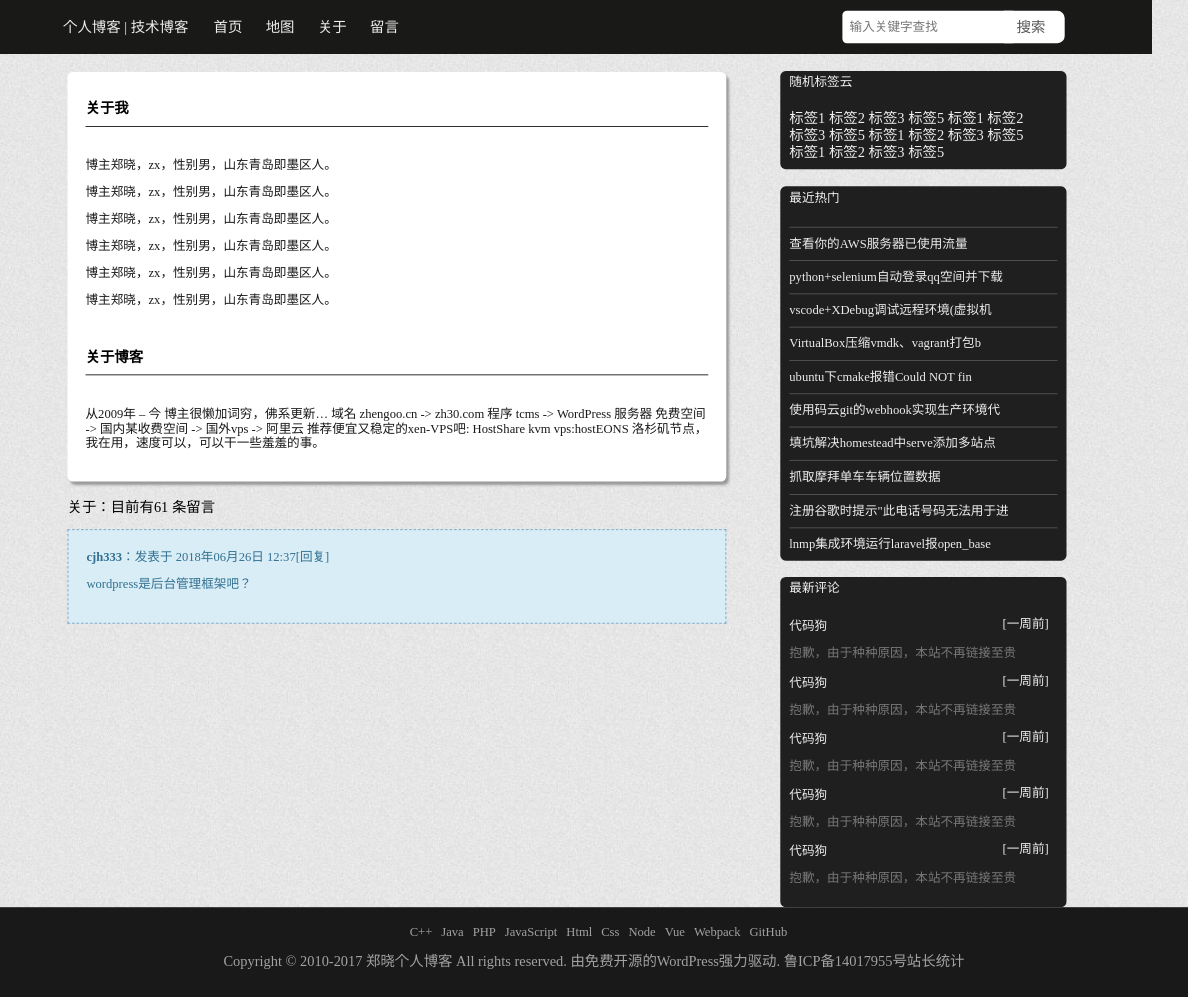
Repository: li1214/my_blog
Page: page/about.html
An editor plug-in stored every save of this project. The page is shown before and after the next save, followed by the edit.
The browser window is 1280 px wide. The page is 1320 px wide, so the pictures cover 1320 px, including what lies to the right of the window. The pictures show the whole page, at 90% of full size.

Above is the page before, as saved 2019-01-04 14:31:15.

### page/about.html
<!DOCTYPE html>
<html lang="en">

<head>
    <meta charset="UTF-8" />
    <meta name="viewport" content="width=device-width, initial-scale=1.0" />
    <meta http-equiv="X-UA-Compatible" content="ie=edge" />
    <title>个人博客</title>
    <link href="./css/base.css" rel="stylesheet" type="text/css" />
    <link href="./css/about.css" rel="stylesheet" type="text/css" />
</head>

<body>
    <header>
        <div class="container">
            <a>个人博客 | 技术博客</a>
            <ul>
                <li><a href="">首页</a></li>
                <li><a href="">地图</a></li>
                <li><a href="">关于</a></li>
                <li><a href="">留言</a></li>
            </ul>
            <div class="search">
                <input type="text" placeholder="输入关键字查找" />
                <button>搜索</button>
            </div>
        </div>
    </header>
    <div class="content">
        <div class="content-left">
            <div class='about'>
                <div class='about-me'>
                    <h4>关于我</h4>
                    <p>博主郑晓，zx，性别男，山东青岛即墨区人。</p>
                    <p>博主郑晓，zx，性别男，山东青岛即墨区人。</p>
                    <p>博主郑晓，zx，性别男，山东青岛即墨区人。</p>
                    <p>博主郑晓，zx，性别男，山东青岛即墨区人。</p>
                    <p>博主郑晓，zx，性别男，山东青岛即墨区人。</p>
                    <p>博主郑晓，zx，性别男，山东青岛即墨区人。</p>
                </div>
                <div class='about-blog'>
                    <h4>关于博客</h4>
                    <p>从2009年 – 今
                    博主很懒加词穷，佛系更新…
                    域名 zhengoo.cn -> zh30.com
                    程序 tcms -> WordPress
                    服务器 免费空间 -> 国内某收费空间 -> 国外vps -> 阿里云

                    推荐便宜又稳定的xen-VPS吧: HostShare
                    kvm vps:hostEONS 洛杉矶节点，我在用，速度可以，可以干一些羞羞的事。</p>
                </div>
            </div>
            <div class='liuyan'>
                <span>关于：目前有61 条留言</span>
                <div class='liuyan-item'>
                    <span><b>cjh333</b>：发表于 2018年06月26日 12:37[回复]</span>
                    <p>wordpress是后台管理框架吧？</p>
                </div>
            </div>
            <div class='subly'>
                <form action="">

                </form>
            </div>
        </div>
        <div class="content-right">
            <div class="right-box">
                <h4>随机标签云</h4>
                <div class="contents">
                    <a>标签1</a> <a>标签2</a> <a>标签3</a> <a>标签5</a> <a>标签1</a>
                    <a>标签2</a> <a>标签3</a> <a>标签5</a> <a>标签1</a> <a>标签2</a>
                    <a>标签3</a> <a>标签5</a> <a>标签1</a> <a>标签2</a> <a>标签3</a>
                    <a>标签5</a>
                </div>
            </div>
            <div class="right-box" style="padding-bottom: 0;">
                <h4>最近热门</h4>
                <div class="contents">
                    <ul class="list-group">
                        <li class="list-group-item">
                            <a href="https://www.zh30.com/aws-ec2-cloudwatch.html">查看你的AWS服务器已使用流量</a>
                        </li>
                        <li class="list-group-item">
                            <a href="https://www.zh30.com/python-selenium-qqzone-album.html">python+selenium自动登录qq空间并下载</a>
                        </li>
                        <li class="list-group-item">
                            <a href="https://www.zh30.com/vscode-xdebug-remote-vagrant-php.html">vscode+XDebug调试远程环境(虚拟机</a>
                        </li>
                        <li class="list-group-item">
                            <a href="https://www.zh30.com/virtualbox-vmdk-vagrant-box.html">VirtualBox压缩vmdk、vagrant打包b</a>
                        </li>
                        <li class="list-group-item">
                            <a href="https://www.zh30.com/ubuntu-cmake-could-not-find-boost.html">ubuntu下cmake报错Could
                                NOT fin</a>
                        </li>
                        <li class="list-group-item">
                            <a href="https://www.zh30.com/webhook-git-pull.html">使用码云git的webhook实现生产环境代</a>
                        </li>
                        <li class="list-group-item">
                            <a href="https://www.zh30.com/homestead-serve-add-sites.html">填坑解决homestead中serve添加多站点</a>
                        </li>
                        <li class="list-group-item">
                            <a href="https://www.zh30.com/crawl-mobike-location.html">抓取摩拜单车车辆位置数据</a>
                        </li>
                        <li class="list-group-item">
                            <a href="https://www.zh30.com/google-register-phone-verification.html">注册谷歌时提示"此电话号码无法用于进</a>
                        </li>
                        <li class="list-group-item">
                            <a href="https://www.zh30.com/lnmp-laravel-open_basedir.html">lnmp集成环境运行laravel报open_base</a>
                        </li>
                    </ul>
                </div>
            </div>
            <div class="right-box">
                <h4>最新评论</h4>
                <div class="contents">
                    <div class='item'>
                        <div class='item-title'>
                            <span>代码狗</span>
                            <span class='spanr'>[一周前]</span>
                        </div>
                        <p class='item-comtebt'>
                            抱歉，由于种种原因，本站不再链接至贵
                        </p>
                    </div>
                    <div class='item'>
                        <div class='item-title'>
                            <span>代码狗</span>
                            <span class='spanr'>[一周前]</span>
                        </div>
                        <p class='item-comtebt'>
                            抱歉，由于种种原因，本站不再链接至贵
                        </p>
                    </div>
                    <div class='item'>
                        <div class='item-title'>
                            <span>代码狗</span>
                            <span class='spanr'>[一周前]</span>
                        </div>
                        <p class='item-comtebt'>
                            抱歉，由于种种原因，本站不再链接至贵
                        </p>
                    </div>
                    <div class='item'>
                        <div class='item-title'>
                            <span>代码狗</span>
                            <span class='spanr'>[一周前]</span>
                        </div>
                        <p class='item-comtebt'>
                            抱歉，由于种种原因，本站不再链接至贵
                        </p>
                    </div>
                    <div class='item'>
                        <div class='item-title'>
                            <span>代码狗</span>
                            <span class='spanr'>[一周前]</span>
                        </div>
                        <p class='item-comtebt'>
                            抱歉，由于种种原因，本站不再链接至贵
                        </p>
                    </div>
                </div>
            </div>
        </div>
    </div>
    <footer>
        <ul>
            <li>C++</li>
            <li>Java</li>
            <li>PHP</li>
            <li>JavaScript</li>
            <li>Html</li>
            <li>Css</li>
            <li>Node</li>
            <li>Vue</li>
            <li>Webpack</li>
            <li>GitHub</li>
        </ul>
        <p>Copyright © 2010-2017 郑晓个人博客 All rights reserved. 由免费开源的WordPress强力驱动. 鲁ICP备14017955号站长统计</p>
    </footer>
</body>

</html>

### page/css/base.css
html {line-height: 1.15; /* 1 */-webkit-text-size-adjust: 100%; /* 2 */}
body {margin: 0;}
@font-face{
    font-family: 'myicon';
    src: url('../font/glyphicons-halflings-regular.woff2')
}
ul{padding: 0}
main {
  display: block;
}
h1 {
  font-size: 2em;
  margin: 0.67em 0;
}
hr {
  box-sizing: content-box; /* 1 */
  height: 0; /* 1 */
  overflow: visible; /* 2 */
}
pre {
  font-family: monospace, monospace; /* 1 */
  font-size: 1em; /* 2 */
}
a {
  background-color: transparent;
}
abbr[title] {
  border-bottom: none; /* 1 */
  text-decoration: underline; /* 2 */
  text-decoration: underline dotted; /* 2 */
}
b,
strong {
  font-weight: bolder;
}
code,
kbd,
samp {
  font-family: monospace, monospace; /* 1 */
  font-size: 1em; /* 2 */
}
small {
  font-size: 80%;
}
sub,
sup {
  font-size: 75%;
  line-height: 0;
  position: relative;
  vertical-align: baseline;
}
sub {
  bottom: -0.25em;
}
sup {
  top: -0.5em;
}
img {
  border-style: none;
}
button,
input,
optgroup,
select,
textarea {
  font-family: inherit; /* 1 */
  font-size: 100%; /* 1 */
  line-height: 1.15; /* 1 */
  margin: 0; /* 2 */
}
button,
input { /* 1 */
  overflow: visible;
}
button,
select { /* 1 */
  text-transform: none;
}
button,
[type="button"],
[type="reset"],
[type="submit"] {
  -webkit-appearance: button;
}
button::-moz-focus-inner,
[type="button"]::-moz-focus-inner,
[type="reset"]::-moz-focus-inner,
[type="submit"]::-moz-focus-inner {
  border-style: none;
  padding: 0;
}
button:-moz-focusring,
[type="button"]:-moz-focusring,
[type="reset"]:-moz-focusring,
[type="submit"]:-moz-focusring {
  outline: 1px dotted ButtonText;
}
fieldset {
  padding: 0.35em 0.75em 0.625em;
}
legend {
  box-sizing: border-box; /* 1 */
  color: inherit; /* 2 */
  display: table; /* 1 */
  max-width: 100%; /* 1 */
  padding: 0; /* 3 */
  white-space: normal; /* 1 */
}
progress {
  vertical-align: baseline;
}
textarea {
  overflow: auto;
}

[type="checkbox"],
[type="radio"] {
  box-sizing: border-box; /* 1 */
  padding: 0; /* 2 */
}
[type="number"]::-webkit-inner-spin-button,
[type="number"]::-webkit-outer-spin-button {
  height: auto;
}

[type="search"] {
  -webkit-appearance: textfield; /* 1 */
  outline-offset: -2px; /* 2 */
}

[type="search"]::-webkit-search-decoration {
  -webkit-appearance: none;
}
::-webkit-file-upload-button {
  -webkit-appearance: button; /* 1 */
  font: inherit; /* 2 */
}
details {
  display: block;
}
summary {
  display: list-item;
}
template {
  display: none;
}
[hidden] {
  display: none;
}
a{text-decoration: none;}
/* ========================================================== css reset ========================================================== */

body {
    width: 100%;
    height: 100%;
    background-image: url(../image/bg.jpg);
    background-repeat: repeat;
    overflow-x: hidden;
}

header{
    width: 100%;
    height: 60px;
    background-color: #191918;
}
header .container {
    width:1170px;
    height: 100%;
    margin: 0 auto;
}
header .container>a{
    display: block;
    float: left;
    color: #eee;
    line-height: 60px;
    margin: 0 15px;
    font-size: 16px;
}
header .container>ul{
    float: left;
    margin: 0;
    padding: 0;
}
header .container>ul>li{
    display: inline-block;
    float: left;
}
header .container>ul>li a{
    color: #eee;
    display: inline-block;
    height: 60px;
    width: 58px;
    line-height: 60px;
    text-align: center;
}
header .container .search{
    float: right;
    height: 100%;
    position: relative;
    right: 117px;
}
header .container .search>input{
    display: inline-block;
    position: absolute;
    height: 26px;
    padding: 5px 8px;
    border-radius: 5px;
    border:none;
    outline: none;
    font-size: 14px;
    margin-top: 12px;
    left: -172px;
}
header .container .search > button{
    outline: none;
    display: inline-block;
    position: absolute;
    width: 75px;
    height: 36px;
    padding: 5px 10px;
    border-radius: 8px;
    margin-top: 12px;
    cursor: pointer;
    color: #555;
    background-color: white;
    border: none;
}
/* ============================================================== header end ===================================================================== */
.content {
    width: 1170px;
    margin: 0 auto;
    position: relative;
    overflow: hidden;
}
.content .content-left{
    float: left;
    width: 66%;
    box-sizing: border-box;
    padding: 0 20px;
}
.content .content-right{
    float: right;
    width: 34%;
    box-sizing: border-box;
}
.right-box{
    background-color: #1f1f1f;
    margin-top: 20px;
    width: 80%;
    margin: 0 auto;
    box-sizing: border-box;
    border-radius: 6px;
    padding-bottom: 10px;
}
.right-box>h4 {
    color: #f4f4f4;
    font-weight: normal;
    padding: 5px 10px;
    font-size: 14px;
}
.right-box .contents{
    color: #eee;
    padding: 0 10px 0px 10px;
}
/* .right-box .contents a::after{
    display: block;
    content: '';
    overflow: hidden;
    clear: both;
    position: absolute;
} */
.right-box .contents>a{
    display: inline-block;
}
.right-box .contents li{
    width: 100%;
    list-style: none;
    white-space:nowrap;
    overflow: hidden;
   text-overflow: ellipsis;
    border-top:1px solid #555;
}
.right-box .contents li a{
    font-size: 14px;
    display: inline-block;
    color: #eee;
    padding: 10px 0;
}
.right-box .item .item-title{position: relative;}
.right-box .item .item-title span{display: inline-block;font-size: 14px;font-weight: normal;}
.right-box .item .item-title span.spanr{
    position: absolute;
    right: 10px;
}
.right-box .item > p{color: #777;font-size: 14px;}


/* =====================================================================  footer start ================================================================= */

footer{
    width: 100%;
    height: 60px;
    background: #191919;
    text-align: center;
    padding: 20px;
}
footer ul{
    display: inline-block;
    margin:  0 auto;
    text-align: center;
}
footer ul li{
    display: inline-block;
    color: #a2a2a2;
    float: left;
    font-size: 14px;
    margin-left: 10px;
    cursor: pointer;
    text-align: center;
}
footer p {
    margin-top: 10px;
    color: #a2a2a2;
}

### page/css/about.css

.about{
    width: 100%;
    background-color: #fff;
    border-radius: 6px;
    padding: 0 20px 20px 20px;
    margin-top: 20px;
    box-shadow: 3px 4px 3px #999;
    box-sizing: border-box;
}
.about-me > h4,.about-blog > h4{
    display: inline-block;
    padding: 10px 0;
    width: 100%;
    border-bottom: 1px solid #191919;
}
.about-me p,.about-blog > p{
    color: #191919;
    font-size: 14px;
}
.liuyan{
    width: 100%;
    margin-top: 20px;
}
.liuyan-item{
    width: 100%;
    border:1px #7ca4c1 dashed;
    background-color: #d9edf7;
    margin-top: 15px;
    padding: 20px;
    box-sizing: border-box;
}
.liuyan-item span,.liuyan-item p{
    font-size: 14px;
    color: #31708f;
}
.subly{
    width: 100%;
    margin-top: 20px;
    background-color: #f4f4f4;
    box-shadow: 3px 4px 3px #666;
}

After the next save:
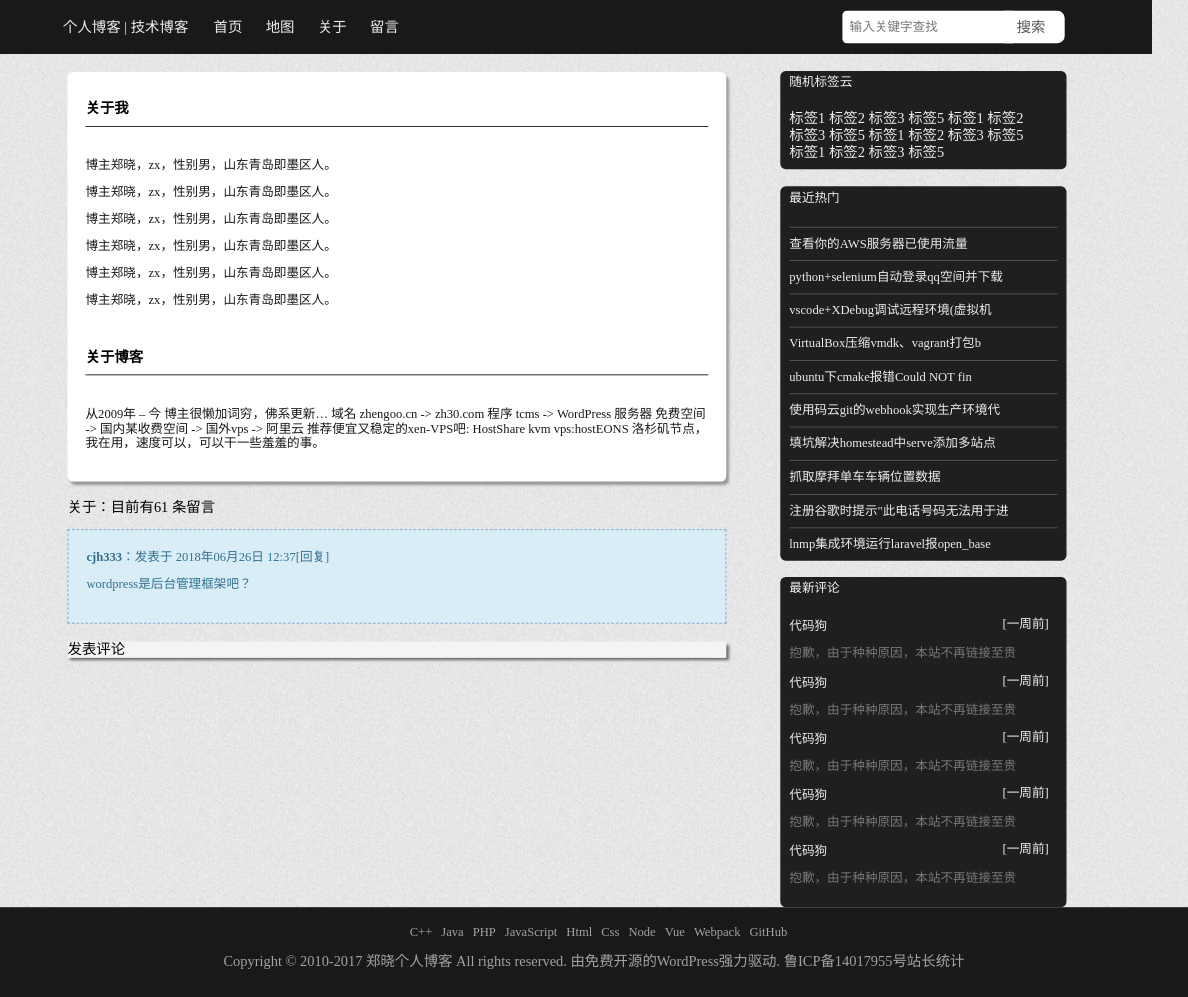
Saved 37 s later.
--- a/page/about.html
+++ b/page/about.html
@@ -59,7 +59,7 @@
             </div>
             <div class='subly'>
                 <form action="">
-
+                    <span>发表评论</span>
                 </form>
             </div>
         </div>
